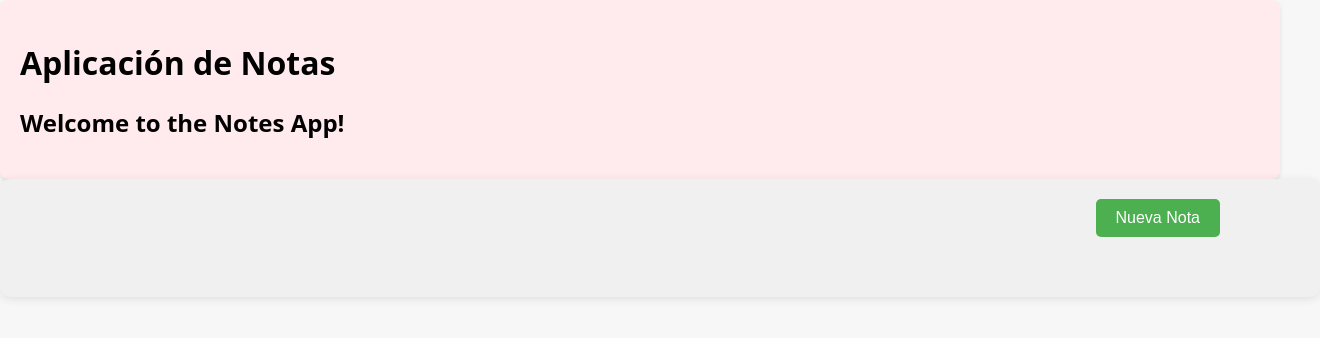
Repository: xunxuno/aplicacion_web_notas
Page: / (app in notas_web_app/)
An editor plug-in stored every save of this project. The page is shown before and after the next save, followed by the edit.
The browser window is 1280 px wide. The page is 1320 px wide, so the pictures cover 1320 px, including what lies to the right of the window. The pictures show the whole page.
The project was rebuilt for these pictures with package versions that can differ from the ones it lists, and the page was loaded fresh each time. Also part of the build but not shown: notas_web_app/vite.config.ts, notas_web_app/src/components/Note.tsx, notas_web_app/src/components/NoteCollection.tsx, notas_web_app/src/components/NoteModal.tsx.

Above is the page before, as saved 2024-10-02 16:09:27.

### notas_web_app/src/main.tsx
import React from 'react';
import ReactDOM from 'react-dom/client'; // Cambiado a ReactDOM para el nuevo root API
import App from './App';
import { NotesProvider } from './contexts/NotesContext';
import './styles.css';

ReactDOM.createRoot(document.getElementById('root')!).render(
  <React.StrictMode>
    <NotesProvider>
      <App />
    </NotesProvider>
  </React.StrictMode>,
);

### notas_web_app/src/App.tsx
// src/App.tsx
import React, { useState, useContext, useEffect } from 'react';
import { NotesProvider, NotesContext } from './contexts/NotesContext';
import NoteCollection from './components/NoteCollection';
import NoteModal from './components/NoteModal';
import './styles.css';
import AppBar from './components/AppBar';

interface Note {
  id: string;
  title: string;
  content: string;
  collectionId: string;
}

interface NoteCollectionInterface {
  id: string;
  notes: Note[];
}

const App: React.FC = () => {
  const [isModalOpen, setModalOpen] = useState(false);
  const [activeCollectionId, setActiveCollectionId] = useState<string | null>(null);
  const { state, dispatch } = useContext(NotesContext);

  useEffect(() => {
    console.log("Actualización de colecciones:");
    state.collections.forEach((collection: NoteCollectionInterface) => {
      console.log(`Notas en la colección ${collection.id}:`);
      collection.notes.forEach((n: Note) => {
        console.log(`Nota ID: ${n.id}, Título: ${n.title}, Contenido: ${n.content}`);
      });
    });
  }, [state.collections]);

  const handleAddNote = (note: Omit<Note, 'id'>) => {
    const collectionIdToUse = state.nextCollectionId.toString();

    dispatch({
      type: 'ADD_NOTE',
      payload: { collectionId: collectionIdToUse, note },
    });

    setModalOpen(false);
  };



  const handleOpenModal = () => {
    if (state.collections.length === 0) {
      setActiveCollectionId(null);
    } else {
      // Asigna automáticamente el ID de la primera colección disponible
      setActiveCollectionId(state.collections[0].id);
    }
    setModalOpen(true);
  };


  return (
    <NotesProvider>
      <AppBar />
      <div className="app-container">


      <div className="button-container"> {/* Contenedor para el botón */}
        <button className="add-note-button" onClick={handleOpenModal}>
          Nueva Nota
        </button>
      </div>

        <div className="collections-container">
          {state.collections.map((collection: NoteCollectionInterface) => (
            <NoteCollection
              key={collection.id}
              collection={collection}
              onNoteClick={(noteId) => {
                console.log("Nota ID:", noteId);
              }}
              onCollectionClick={() => setActiveCollectionId(collection.id)} // Establece correctamente el ID de la colección activa
              onNoteMove={(noteId, targetCollectionId) => {
                dispatch({ type: 'MOVE_NOTE', payload: { noteId, targetCollectionId } });
              }}
              onDelete={(noteId) => {
                dispatch({ type: 'DELETE_NOTE', payload: { noteId } });
              }}
            />
          ))}
        </div>

        {isModalOpen && (
          <NoteModal
            onClose={() => setModalOpen(false)}
            onAddNote={handleAddNote}
            activeCollectionId={activeCollectionId!}
          />
        )}
      </div>
    </NotesProvider>
  );
};

export default App;

### notas_web_app/src/contexts/NotesContext.tsx
import React, { createContext, useReducer, ReactNode } from 'react';

interface Note {
  id: string;
  title: string;
  content: string;
}


interface NoteCollectionInterface {
  id: string; // ID de la colección, generado de manera secuencial
  notes: Note[]; // Lista de notas en la colección
}

interface NotesState {
  collections: NoteCollectionInterface[];
  nextNoteId: number; // Para los IDs de las notas
  nextCollectionId: number; // Para los IDs de las colecciones
}



interface AddNoteAction {
  type: 'ADD_NOTE';
  payload: {
    collectionId: string;
    note: Note;
  };
}

interface DeleteNoteAction {
  type: 'DELETE_NOTE';
  payload: {
    collectionId: string;
    noteId: string;
  };
}

interface MoveNoteAction {
  type: 'MOVE_NOTE';
  payload: {
    noteId: string;
    targetCollectionId: string;
  };
}
type NotesAction = AddNoteAction | DeleteNoteAction | MoveNoteAction;

const initialState: NotesState = {
  collections: [],
  nextNoteId: 1, // Empieza desde 1 para el ID de notas
  nextCollectionId: 1, // Empieza desde 1 para el ID de colecciones
};



const NotesContext = createContext<any>(null);

// Reducer para manejar las acciones
const notesReducer = (state: NotesState, action: NotesAction): NotesState => {
  switch (action.type) {
    case 'ADD_NOTE':
      const newNoteId = state.nextNoteId; // ID de la nueva nota
      const collectionId = action.payload.collectionId || state.nextCollectionId.toString();

      // Verificar si la colección ya existe
      const collectionExists = state.collections.some(collection => collection.id === collectionId);

      const updatedCollections = collectionExists
        ? state.collections.map(collection => {
            if (collection.id === collectionId) {
              const newNote = {
                ...action.payload.note,
                id: newNoteId.toString(), // Asigna el nuevo ID a la nota
              };
              return {
                ...collection,
                notes: [...collection.notes, newNote],
              };
            }
            return collection;
          })
        : [
            ...state.collections,
            {
              id: state.nextCollectionId.toString(), // Crea una nueva colección con ID secuencial
              notes: [
                {
                  ...action.payload.note,
                  id: newNoteId.toString(), // Asigna el nuevo ID a la nota
                  collectionId: state.nextCollectionId.toString(), // Asigna el ID de colección a la nota
                },
              ],
            },
          ];

      return {
        ...state,
        collections: updatedCollections,
        nextNoteId: state.nextNoteId + 1, // Incrementa el ID de la nota
        nextCollectionId: state.nextCollectionId + 1, // Incrementa el ID de la colección para la próxima
      };
    case 'DELETE_NOTE':
      return {
        ...state,
        collections: state.collections.map(collection => ({
          ...collection,
          notes: collection.notes.filter(note => note.id !== action.payload.noteId),
        })),
      };
    case 'MOVE_NOTE':
      const { noteId, targetCollectionId } = action.payload;
      const sourceCollection = state.collections.find((collection) =>
        collection.notes.some((note) => note.id === noteId)
      );
      if (!sourceCollection) return state;

      const noteToMove = sourceCollection.notes.find((note) => note.id === noteId);
      if (!noteToMove) return state;

      return {
        ...state,
        collections: state.collections.map((collection) => {
          if (collection.id === sourceCollection.id) {
            return {
              ...collection,
              notes: collection.notes.filter((note) => note.id !== noteId),
            };
          } else if (collection.id === targetCollectionId) {
            return {
              ...collection,
              notes: [...collection.notes, noteToMove],
            };
          } else {
            return collection;
          }
        }),
      };
    default:
      return state;
  }
};


// Proveedor del contexto con soporte para 'children'
interface NotesProviderProps {
  children: ReactNode; // Definir el tipo de la prop 'children'
}

const NotesProvider: React.FC<NotesProviderProps> = ({ children }) => {
  const [state, dispatch] = useReducer(notesReducer, initialState);

  return (
    <NotesContext.Provider value={{ state, dispatch }}>
      {children}
    </NotesContext.Provider>
  );
};

export { NotesContext, NotesProvider, notesReducer };

### notas_web_app/src/styles.css
body {
    font-family: 'Noto Sans', sans-serif;
    background-color: #f7f7f7;
    margin: 0;
    padding: 0;
    color: #000;
  }


/* Estilo para el contenedor principal de la aplicación */
.app-container {
  width: 100%; /* Ancho máximo */
  margin: 0 auto; /* Centrar el contenedor */
  padding: 20px; /* Espaciado interno */
  background-color: #f0f0f0; /* Color de fondo claro */
  border-radius: 10px; /* Bordes redondeados */
  box-shadow: 0 2px 10px rgba(0, 0, 0, 0.1); /* Sombra sutil */
}

/* Estilo para el botón de agregar nota */
.add-note-button {
  background-color: #4CAF50; /* Color de fondo verde */
  color: white; /* Color del texto */
  padding: 10px 20px; /* Espaciado interno */
  border: none; /* Sin borde */
  border-radius: 5px; /* Bordes redondeados */
  cursor: pointer; /* Cambia el cursor al pasar sobre el botón */
  margin-bottom: 20px; /* Espacio debajo del botón */
  font-size: 16px; /* Tamaño de fuente */
  transition: background-color 0.3s; /* Transición para el color de fondo */
  /* Ajustes para centrar el botón */
  margin-left: auto; /* Empuja el botón a la derecha */
  margin-right: 60px; /* Margen a la derecha para no pegarse al borde */
}


/* Efecto hover para el botón de agregar nota */
.add-note-button:hover {
  background-color: #45a049; /* Color de fondo más oscuro al pasar el mouse */
}

/* Estilo para el contenedor de colecciones */
.collections-container {
  width: 100%;
  display: flex; /* Usar flexbox para una mejor organización */
  flex-direction: column; /* Organizar en columnas */
  margin-top: 20px;
}

.button-container {
  display: flex; /* Usar flexbox para alinear los elementos */
  justify-content: flex-end; /* Alinear los elementos al final (derecha) */
  margin-bottom: 20px; /* Margen inferior para separar del siguiente elemento */
  padding: 0 20px; /* Espaciado interno a la izquierda y derecha */
  /* Esto asegura que el botón no se salga del borde */
}

### notas_web_app/src/components/AppBar.tsx
// AppBar.tsx
import React from 'react';

const AppBar: React.FC = () => {
  const appBarStyle = {
    backgroundColor: '#ffebee', // Color pastel
    borderRadius: '8px',
    margin: '0',
    padding: '20px',
    boxShadow: '0 2px 4px rgba(0, 0, 0, 0.1)', // Agregar sombra para mayor profundidad
  };

  return (
    <div style={appBarStyle}>
      <h1>Aplicación de Notas</h1>
      <h2>Welcome to the Notes App!</h2>
    </div>
  );
};

export default AppBar;

Loaded but not shown: notas_web_app/index.html (common file)

After the next save:
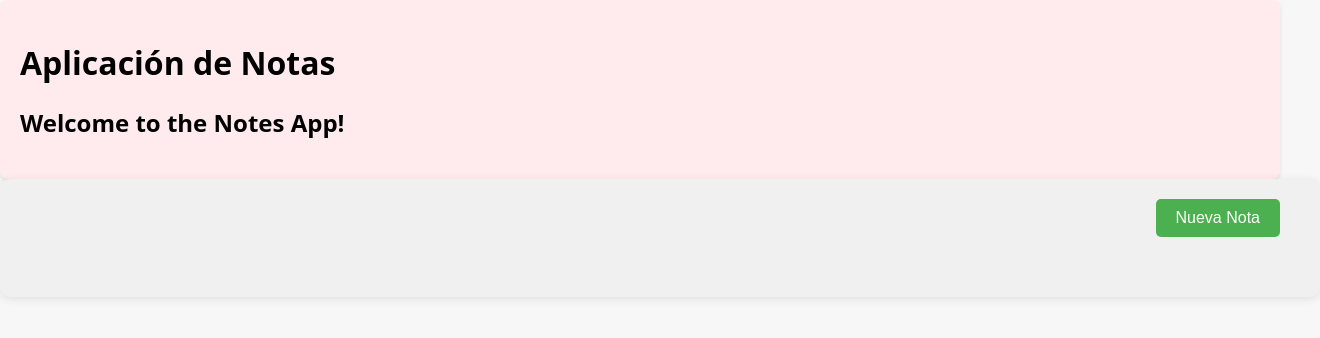
Saved 74 s later.
--- a/notas_web_app/src/styles.css
+++ b/notas_web_app/src/styles.css
@@ -29,8 +29,6 @@
   font-size: 16px; /* Tamaño de fuente */
   transition: background-color 0.3s; /* Transición para el color de fondo */
   /* Ajustes para centrar el botón */
-  margin-left: auto; /* Empuja el botón a la derecha */
-  margin-right: 60px; /* Margen a la derecha para no pegarse al borde */
 }
 
 

After the save that followed:
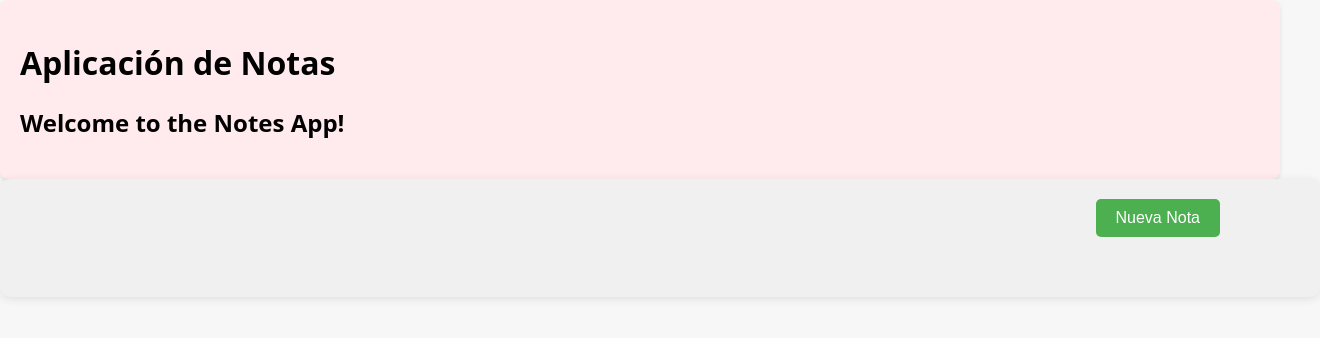
Saved 7 s later.
--- a/notas_web_app/src/styles.css
+++ b/notas_web_app/src/styles.css
@@ -29,6 +29,8 @@
   font-size: 16px; /* Tamaño de fuente */
   transition: background-color 0.3s; /* Transición para el color de fondo */
   /* Ajustes para centrar el botón */
+  margin-left: auto; /* Empuja el botón a la derecha */
+  margin-right: 60px; /* Margen a la derecha para no pegarse al borde */
 }
 
 
